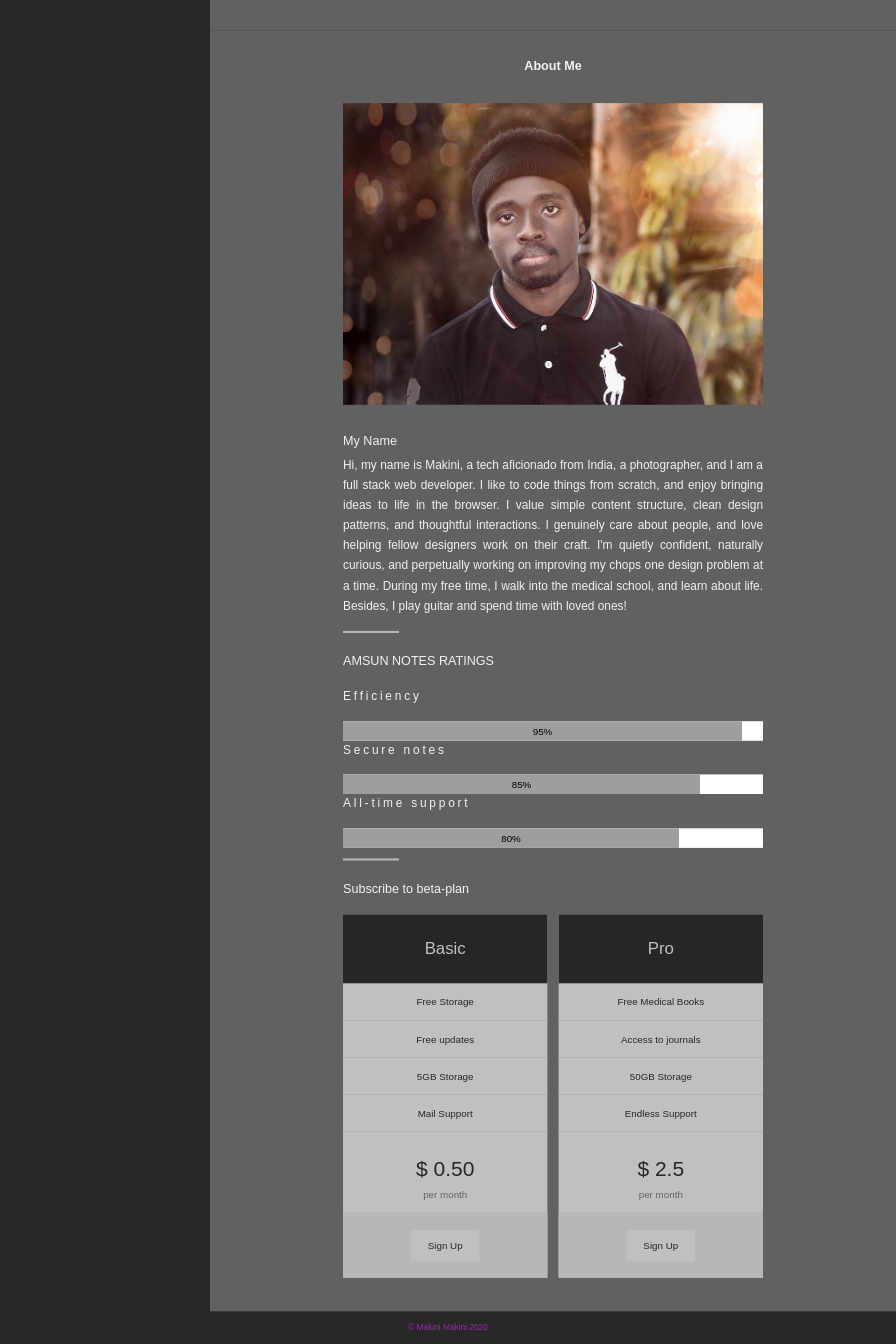
Repository: MakiniMakini/AMSUN-NOTES
Page: http://localhost/about
These files come from the project's save history. The page is drawn as it stood at one moment and after the next save; the edit follows.
The browser window is 1280 px wide. The pictures show the part of the page from y = 1786 to 3706 px (the page is 3706 px tall before and 2784 px after), at 70% of full size.
Some web fonts or font styles are not loaded; a fallback is used. The page is served by the project's application, run on Flask 3 (application.py). Other server files are loaded and not shown.

Above is the page before, as saved 2020-12-27 18:26:34.

### templates/about.html
{% extends "layout.html" %}

{% block title %}
    About
{% endblock %}

{% block main %}


<!-- Sidebar/menu -->
<nav class=" w3-sidebar w3-bar-block  w3-animate-left w3-text-grey w3-collapse w3-top w3-center bg-none" style="z-index:3;width:300px;font-weight:bold; background-color: black;" id="mySidebar"><br>
  <h3 class="w3-padding-64 w3-center"><b><br></b></h3>
  <a href="javascript:void(0)" onclick="w3_close()" class="w3-bar-item w3-button w3-padding w3-hide-large">CLOSE</a>
  <a href="#" onclick="w3_close()" class="w3-bar-item w3-button">Gallery</a>
  <a href="#aboutnotes" onclick="w3_close()" class="w3-bar-item w3-button">ABOUT AMSUN NOTES</a>
  <a href="#aboutme" onclick="w3_close()" class="w3-bar-item w3-button">ABOUT ME</a>
  <a href="/login" onclick="w3_close()" class="w3-bar-item w3-button">Get started</a>
</nav>

<!-- Top menu on small screens -->
<header class="w3-container w3-top w3-hide-large w3-white w3-xlarge w3-padding-16">
  <span class="w3-left w3-padding">SOME NAME</span>
  <a href="javascript:void(0)" class="w3-right w3-button w3-white" onclick="w3_open()">☰</a>
</header>

<!-- Overlay effect when opening sidebar on small screens -->
<div class="w3-overlay w3-hide-large w3-animate-opacity" onclick="w3_close()" style="cursor:pointer" title="close side menu" id="myOverlay"></div>

<!-- !PAGE CONTENT! -->
<div class="w3-main" style="margin-left:300px">

  <!-- Push down content on small screens -->
  <div class="w3-hide-large" style="margin-top:83px"></div>

  <!-- Photo grid -->
  <div class="w3-row">
    <div class="w3-third">
      <img src="/static/images/about/books.jpeg" style="width:100%" onclick="onClick(this)" alt="Many more to read!">
      <img src="/static/images/about/gowns.jpg" style="width:100%" onclick="onClick(this)" alt="It will come!">
      <img src="/static/images/about/graduation.jpeg" style="width:100%" onclick="onClick(this)" alt="It will all be worth it in the end!">
    </div>

    <div class="w3-third">
      <img src="/static/images/about/grey.jpeg" style="width:100%" onclick="onClick(this)" alt="Beauty in Medicine, na haitaki hasira!">
      <img src="/static/images/about/laptop.jpeg" style="width:100%" onclick="onClick(this)" alt="Don't lose your soul in the process!">
      <img src="/static/images/about/spine.jpg" style="width:100%" onclick="onClick(this)" alt="Let's listen, na hakuna makasiriko!">
    </div>

    <div class="w3-third">
      <img src="/static/images/about/book-stetho.jpg" style="width:100%" onclick="onClick(this)" alt="All you need!">
      <img src="/static/images/about/stetho.jpg" style="width:100%" onclick="onClick(this)" alt="One more step!">
      <img src="/static/images/about/surgery.jpg" style="width:100%" onclick="onClick(this)" alt="Listen carefully!">
    </div>
  </div>



  <!-- Modal for full size images on click-->
  <div id="modal01" class="w3-modal w3-black" style="padding-top:0" onclick="this.style.display='none'">
    <span class="w3-button w3-black w3-xlarge w3-display-topright">×</span>
    <div class="w3-modal-content w3-animate-zoom w3-center w3-transparent w3-padding-64">
      <img id="img01" class="w3-image">
      <p id="caption"></p>
    </div>
  </div>

  <!-- About section -->
  <div class="w3-container w3-dark-grey w3-center w3-text-light-grey w3-padding-32" id="aboutnotes">
    <h4><b>About Me</b></h4>
    <div class="w3-content w3-justify" style="max-width:600px">
      <h4>My Name</h4>
      <p>
          It is all simple,
          Get a youtube link
      </p>
      <hr class="w3-opacity">
      <h4 class="w3-padding-16"> AMSUN NOTES RATINGS</h4>
      <p class="w3-wide">Efficiency</p>
      <div class="w3-white">
        <div class="w3-container w3-padding-small w3-center w3-grey" style="width:95%">95%</div>
      </div>
      <p class="w3-wide">Secure notes </p>
      <div class="w3-white">
        <div class="w3-container w3-padding-small w3-center w3-grey" style="width:85%">85%</div>
      </div>
      <p class="w3-wide">All-time support</p>
      <div class="w3-white">
        <div class="w3-container w3-padding-small w3-center w3-grey" style="width:80%">80%</div>
      </div>
      <hr class="w3-opacity">

      <h4 class="w3-padding-16">Subscribe to beta-plan</h4>
      <div class="w3-row-padding" style="margin:0 -16px">
        <div class="w3-half w3-margin-bottom">
          <ul class="w3-ul w3-white w3-center w3-opacity w3-hover-opacity-off">
            <li class="w3-black w3-xlarge w3-padding-32">Basic</li>
            <li class="w3-padding-16">Free Storage</li>
            <li class="w3-padding-16">Free updates</li>
            <li class="w3-padding-16">5GB Storage</li>
            <li class="w3-padding-16">Mail Support</li>
            <li class="w3-padding-16">
              <h2>$ 0.50</h2>
              <span class="w3-opacity">per month</span>
            </li>
            <li class="w3-light-grey w3-padding-24">
              <button class="w3-button w3-white w3-padding-large">Sign Up</button>
            </li>
          </ul>
        </div>

        <div class="w3-half">
          <ul class="w3-ul w3-white w3-center w3-opacity w3-hover-opacity-off">
            <li class="w3-black w3-xlarge w3-padding-32">Pro</li>
            <li class="w3-padding-16">Free Medical Books</li>
            <li class="w3-padding-16">Access to journals</li>
            <li class="w3-padding-16">50GB Storage</li>
            <li class="w3-padding-16">Endless Support</li>
            <li class="w3-padding-16">
              <h2>$ 2.5</h2>
              <span class="w3-opacity">per month</span>
            </li>
            <li class="w3-light-grey w3-padding-24">
              <button class="w3-button w3-white w3-padding-large">Sign Up</button>
            </li>
          </ul>
        </div>
      </div>
    </div>
  </div>

<!-- About Me -->

  <div class="w3-container w3-dark-grey w3-center w3-text-light-grey w3-padding-32" id="aboutme">
    <h4><b>About Me</b></h4>
    <img src="/static/images/makini.JPG" alt="Me" class="w3-image w3-padding-32" width="600" height="650">
    <div class="w3-content w3-justify" style="max-width:600px">
      <h4>My Name</h4>
      <p>
        Hi, my name is Makini, a tech aficionado from India, a photographer, and I am a full stack web developer. I like to code things from scratch, and enjoy bringing ideas to life in the browser.

        I value simple content structure, clean design patterns, and thoughtful interactions. I genuinely care about people, and love helping fellow designers work on their craft.

        I'm quietly confident, naturally curious, and perpetually working on improving my chops one design problem at a time.

        During my free time, I walk into the medical school, and learn about life. Besides, I play guitar and spend time with loved ones!
      </p>
      <hr class="w3-opacity">
      <h4 class="w3-padding-16"> AMSUN NOTES RATINGS</h4>
      <p class="w3-wide">Efficiency</p>
      <div class="w3-white">
        <div class="w3-container w3-padding-small w3-center w3-grey" style="width:95%">95%</div>
      </div>
      <p class="w3-wide">Secure notes </p>
      <div class="w3-white">
        <div class="w3-container w3-padding-small w3-center w3-grey" style="width:85%">85%</div>
      </div>
      <p class="w3-wide">All-time support</p>
      <div class="w3-white">
        <div class="w3-container w3-padding-small w3-center w3-grey" style="width:80%">80%</div>
      </div>
      <hr class="w3-opacity">

      <h4 class="w3-padding-16">Subscribe to beta-plan</h4>
      <div class="w3-row-padding" style="margin:0 -16px">
        <div class="w3-half w3-margin-bottom">
          <ul class="w3-ul w3-white w3-center w3-opacity w3-hover-opacity-off">
            <li class="w3-black w3-xlarge w3-padding-32">Basic</li>
            <li class="w3-padding-16">Free Storage</li>
            <li class="w3-padding-16">Free updates</li>
            <li class="w3-padding-16">5GB Storage</li>
            <li class="w3-padding-16">Mail Support</li>
            <li class="w3-padding-16">
              <h2>$ 0.50</h2>
              <span class="w3-opacity">per month</span>
            </li>
            <li class="w3-light-grey w3-padding-24">
              <button class="w3-button w3-white w3-padding-large">Sign Up</button>
            </li>
          </ul>
        </div>

        <div class="w3-half">
          <ul class="w3-ul w3-white w3-center w3-opacity w3-hover-opacity-off">
            <li class="w3-black w3-xlarge w3-padding-32">Pro</li>
            <li class="w3-padding-16">Free Medical Books</li>
            <li class="w3-padding-16">Access to journals</li>
            <li class="w3-padding-16">50GB Storage</li>
            <li class="w3-padding-16">Endless Support</li>
            <li class="w3-padding-16">
              <h2>$ 2.5</h2>
              <span class="w3-opacity">per month</span>
            </li>
            <li class="w3-light-grey w3-padding-24">
              <button class="w3-button w3-white w3-padding-large">Sign Up</button>
            </li>
          </ul>
        </div>
      </div>
    </div>
  </div>





<!-- End page content -->
</div>

<script>
// Script to open and close sidebar
function w3_open() {
  document.getElementById("mySidebar").style.display = "block";
  document.getElementById("myOverlay").style.display = "block";
}

function w3_close() {
  document.getElementById("mySidebar").style.display = "none";
  document.getElementById("myOverlay").style.display = "none";
}

// Modal Image Gallery
function onClick(element) {
  document.getElementById("img01").src = element.src;
  document.getElementById("modal01").style.display = "block";
  var captionText = document.getElementById("caption");
  captionText.innerHTML = element.alt;
}

</script>


{% endblock %}

### templates/layout.html
<!DOCTYPE html>
<html lang="en">
    <head>
        <!-- Required meta tags -->
        <meta charset="utf-8">
        <meta name="viewport" content="width=device-width, initial-scale=1, shrink-to-fit=no">

        <!-- documentation at http://getbootstrap.com/docs/4.1/, alternative themes at https://bootswatch.com/ -->
        <link href="https://maxcdn.bootstrapcdn.com/bootstrap/4.1.3/css/bootstrap.min.css" rel="stylesheet">

        <!-- https://favicon.io/emoji-favicons/money-mouth-face/ -->
        <link href="/static/favicon.ico" rel="icon">

        <link href="/static/styles.css" rel="stylesheet">
        <link rel="stylesheet" href="/static/about.css">
        <link rel="stylesheet" href="/static/bootstrap.min.css" />
        <link rel="stylesheet" href="/static/animate.min.css" />
        <link rel="stylesheet" href="/static/ionicons.min.css" />
        <link rel="stylesheet" href="/static/styles2.css" />
        <link rel="stylesheet" href="/static/profile.css" />
        <link rel="stylesheet" href="https://fonts.googleapis.com/css?family=Raleway">

        <script src="https://code.jquery.com/jquery-3.3.1.min.js"></script>
        <script src="https://cdnjs.cloudflare.com/ajax/libs/popper.js/1.14.3/umd/popper.min.js"></script>
        <script src="https://maxcdn.bootstrapcdn.com/bootstrap/4.1.3/js/bootstrap.min.js"></script>

        <title>AMSUN Notes: {% block title %}{% endblock %}</title>
    </head>
    <style>
        body,h1,h2,h3,h4,h5 {font-family: "Raleway", sans-serif}
        .w3-third img{margin-bottom: -6px; opacity: 0.8; cursor: pointer}
        .w3-third img:hover{opacity: 1}
        </style>
    <body>

        <nav class="navbar navbar-expand-md navbar-light bg-none pl-5 pr-5 m-0 fixed-top" style="background-color: black;">
            <a class="navbar-brand" href="/"><span class="blue">A</span><span class="red">M</span><span class="yellow">S</span><span class="green">U</span><span class="yellow">N</span> <span class="blue">Notes</span></a>
            <button aria-controls="navbar" aria-expanded="false" aria-label="Toggle navigation" class="navbar-toggler bg-light" data-target="#navbar" data-toggle="collapse" type="button">
                <span class="navbar-toggler-icon"></span>
            </button>
            <div class="collapse navbar-collapse" id="navbar" >
                {% if session.user_id %}
                    <ul class="navbar-nav mr-auto mt-2">
                        <li class="nav-item"><a class="nav-link" href="/home">New Note</a></li>
                        <li class="nav-item"><a class="nav-link" href="/my_notes">My Notes</a></li>
                    </ul>
                    <ul class="navbar-nav ml-auto mt-2 navbar-right">
                        <li class="nav-item"><a class="nav-link" href="/profile">Profile</a></li>
                        <li class="nav-item"><a class="nav-link" href="/logout">Log Out</a></li>
                    </ul>
                {% else %}
                    <ul class="navbar-nav ml-auto mt-2 navbar-right">
                        <li class="nav-item"><a class="nav-link" href="/register">Register</a></li>
                        <li class="nav-item"><a class="nav-link" href="/login">Log In</a></li>
                    </ul>
                {% endif %}
            </div>
        </nav>

        {% if get_flashed_messages() %}
            <header>
                <div class="alert alert-primary border text-center" role="alert">
                    {{ get_flashed_messages() | join(" ") }}
                </div>
            </header>
        {% endif %}

        <main class="container p-0">

        </main>
        {% block main %}{% endblock %}

        <footer class="small text-center text-muted bg-none">
             <a href="https://makini-makini.herokuapp.com">© Makini Makini 2020</a>
        </footer>

    </body>
</html>

### static/styles.css
nav .navbar-brand {
	/* size for brand */
	font-size: xx-large;
}

/* colors for brand */
nav .navbar-brand .blue {
	color: #537fbe;
}
nav .navbar-brand .red {
	color: #ea433b;
}
nav .navbar-brand .yellow {
	color: #f5b82e;
}
nav .navbar-brand .green {
	color: #2e944b;
}

.navbar .nav-link {
	color: whitesmoke !important;
}

main .form-control {
	/* center form controls */
	display: inline-block;

	/* override Bootstrap's 100% width for form controls */
	width: auto;
}

main {
	/* scroll horizontally as needed */
	overflow-x: auto;

	/* center contents */
	text-align: center;
}

main img {
	/* constrain images on small screens */
	max-width: 100%;
}

/* Style the image inside the centered container, if needed */
.centered img {
	width: 150px;
	border-radius: 50%;
}

textarea {
	font-family: monospace;
}

.section_name {
	text-align: center;
	padding: 0;
}

.form-form {
	text-align: center;
	padding-top: 10vh;
}
.btn:focus {
	outline: none !important;
}

.form-control-email {
	text-align: left;
	display: block;
	width: 50%;
	height: 35px;
	padding: 6px 12px;
	font-size: 14px;
	line-height: 1.5;
	color: #eee;
	background-color: #36333d;
	background-image: none;
	border: 1px solid #36333d;
	border-radius: 4px;
	box-shadow: inset 0 1px 1px rgba(0, 0, 0, 0.075);
	transition: border-color ease-in-out .15s, box-shadow ease-in-out .15s;
}
.form-control-email:focus {
	outline: none;
}

.my_notes {
	margin: auto;
	align-content: center;
	padding-top: 2vh;
}

.my_notes .card {
	align-content: center;
	margin: auto;
}

textarea {
	background-color: #a3462f;
	padding: 5px;
	columns: red;
}

textarea:focus {
	background-color: #2f2d33;
	outline: none;
}

.notes_form {
	margin: auto;
	align-items: center;
	align-content: center;
}
.navbar-toggler:focus {
	outline: none;
}
.myIframe {
	position: relative;
	padding-bottom: 65.25%;
	padding-top: 30px;
	height: 0;
	overflow: auto;
	-webkit-overflow-scrolling: touch; //<<--- THIS IS THE KEY
}
.myIframe iframe {
	position: relative;
	top: 0;
	left: 0;
	width: 100%;
}
.notes-btn {
	margin: auto !important;
	align-items: center !important;
	display: block !important;
}

### static/profile.css
/* Profile container */
.profile {
	margin: 20px 0;
}

/* Profile sidebar */
.profile-sidebar {
	padding: 20px 0 10px 0;
	background: #fff;
}

.profile-userpic img {
	float: none;
	margin: 0 auto;
	width: 50%;
	height: 50%;
	-webkit-border-radius: 50% !important;
	-moz-border-radius: 50% !important;
	border-radius: 50% !important;
}

.profile-usertitle {
	text-align: center;
	margin-top: 20px;
}

.profile-usertitle-name {
	color: #eceef1;
	font-size: 16px;
	font-weight: 600;
	margin-bottom: 7px;
}

.profile-usertitle-job {
	text-transform: uppercase;
	color: #5b9bd1;
	font-size: 12px;
	font-weight: 600;
	margin-bottom: 15px;
}

.profile-userbuttons {
	text-align: center;
	margin-top: 10px;
}

.profile-userbuttons .btn {
	text-transform: uppercase;
	font-size: 11px;
	font-weight: 600;
	padding: 6px 15px;
	margin-right: 5px;
}

.profile-userbuttons .btn:last-child {
	margin-right: 0px;
}

.profile-usermenu {
	margin-top: 30px;
}

.profile-usermenu ul li {
	border-bottom: 1px solid #f0f4f7;
}

.profile-usermenu ul li:last-child {
	border-bottom: none;
}

.profile-usermenu ul li a {
	color: #93a3b5;
	font-size: 14px;
	font-weight: 400;
}

.profile-usermenu ul li a i {
	margin-right: 8px;
	font-size: 14px;
}

.profile-usermenu ul li a:hover {
	background-color: #fafcfd;
	color: #5b9bd1;
}

.profile-usermenu ul li.active {
	border-bottom: none;
}

.profile-usermenu ul li.active a {
	color: #dd831c;
	background-color: #f6f9fb;
	border-left: 2px solid #e92309;
	margin-left: -2px;
}

/* Profile Content */
.profile-content {
	padding: 20px;
	background: rgb(27, 23, 23);
	min-height: 200px;
	font-family: monospace;
}

Loaded but not shown: static/bootstrap.min.css (library); static/animate.min.css (library); static/ionicons.min.css (library); static/about.css (1621 lines, source omitted); static/styles2.css (529 lines, source omitted); application.py (254 lines, source omitted)

After the next save:
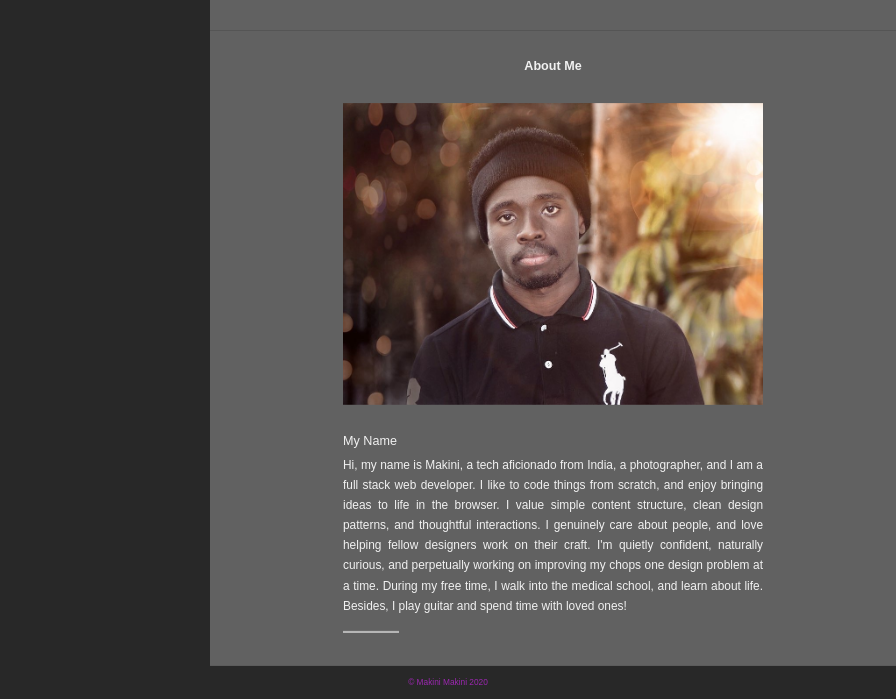
Saved 68 s later.
--- a/templates/about.html
+++ b/templates/about.html
@@ -145,57 +145,8 @@
         During my free time, I walk into the medical school, and learn about life. Besides, I play guitar and spend time with loved ones!
       </p>
       <hr class="w3-opacity">
-      <h4 class="w3-padding-16"> AMSUN NOTES RATINGS</h4>
-      <p class="w3-wide">Efficiency</p>
-      <div class="w3-white">
-        <div class="w3-container w3-padding-small w3-center w3-grey" style="width:95%">95%</div>
-      </div>
-      <p class="w3-wide">Secure notes </p>
-      <div class="w3-white">
-        <div class="w3-container w3-padding-small w3-center w3-grey" style="width:85%">85%</div>
-      </div>
-      <p class="w3-wide">All-time support</p>
-      <div class="w3-white">
-        <div class="w3-container w3-padding-small w3-center w3-grey" style="width:80%">80%</div>
-      </div>
-      <hr class="w3-opacity">
 
-      <h4 class="w3-padding-16">Subscribe to beta-plan</h4>
-      <div class="w3-row-padding" style="margin:0 -16px">
-        <div class="w3-half w3-margin-bottom">
-          <ul class="w3-ul w3-white w3-center w3-opacity w3-hover-opacity-off">
-            <li class="w3-black w3-xlarge w3-padding-32">Basic</li>
-            <li class="w3-padding-16">Free Storage</li>
-            <li class="w3-padding-16">Free updates</li>
-            <li class="w3-padding-16">5GB Storage</li>
-            <li class="w3-padding-16">Mail Support</li>
-            <li class="w3-padding-16">
-              <h2>$ 0.50</h2>
-              <span class="w3-opacity">per month</span>
-            </li>
-            <li class="w3-light-grey w3-padding-24">
-              <button class="w3-button w3-white w3-padding-large">Sign Up</button>
-            </li>
-          </ul>
-        </div>
 
-        <div class="w3-half">
-          <ul class="w3-ul w3-white w3-center w3-opacity w3-hover-opacity-off">
-            <li class="w3-black w3-xlarge w3-padding-32">Pro</li>
-            <li class="w3-padding-16">Free Medical Books</li>
-            <li class="w3-padding-16">Access to journals</li>
-            <li class="w3-padding-16">50GB Storage</li>
-            <li class="w3-padding-16">Endless Support</li>
-            <li class="w3-padding-16">
-              <h2>$ 2.5</h2>
-              <span class="w3-opacity">per month</span>
-            </li>
-            <li class="w3-light-grey w3-padding-24">
-              <button class="w3-button w3-white w3-padding-large">Sign Up</button>
-            </li>
-          </ul>
-        </div>
-      </div>
     </div>
   </div>
 
